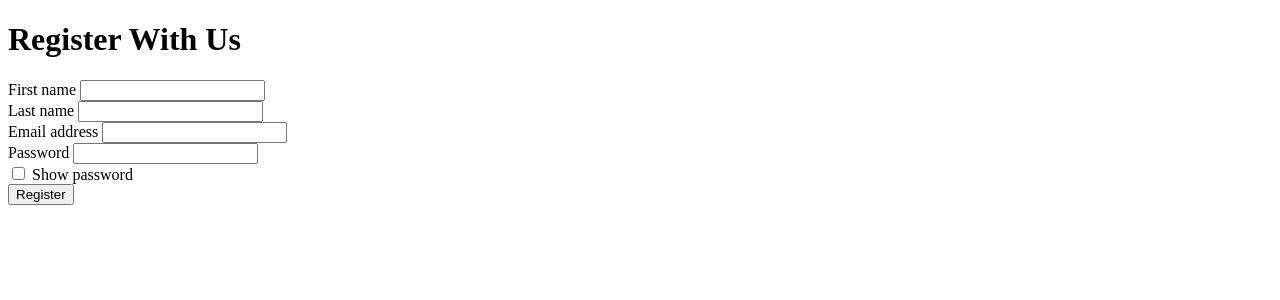
Repository: NiutaR/registrationForm
Page: index.html
An editor plug-in stored every save of this project. The page is shown before and after the next save, followed by the edit.
The browser window is 1280 px wide. The pictures show the whole page.

Above is the page before, as saved 2021-07-28 23:07:12.

### index.html
<!DOCTYPE html>
<html lang="en">

<head>
    <meta charset="UTF-8">
    <meta http-equiv="X-UA-Compatible" content="IE=edge">
    <meta name="viewport" content="width=device-width, initial-scale=1.0">
    <link rel="stylesheet" href="index.js">
    <title>Register With Us</title>
</head>

<body>
    <div class="container">
        <div class="form-wrapper">
            <h1>Register With Us</h1>
            <form class="form form__validate">
                <div class="form__group">
                    <label for="firstName" class="form__label">
                        <span class="field-label">First name</span>
                    </label>
                    <input type="text" name="firstName" id="firstName" class="form__control" minlength="2" required />
                </div>
                <div class="form__group">
                    <label for="lastName" class="form__label">
                        <span class="field-label">Last name</span>
                    </label>
                    <input type="text" name="lastName" id="lastName" class="form__control" minlength="2" required />
                </div>
                <div class="form__group">
                    <label for="emailAddress" class="form__label">
                        <span class="field-label">Email address</span>
                    </label>
                    <input type="email" name="emailAddress" id="emailAddress" class="form__control" required />
                </div>
                <div class="form__group">
                    <label for="password" class="form__label">
                        <span class="field-label">Password</span>
                        <span class="field-hint">

                        </span>
                    </label>
                    <input type="password" name="password" id="password" class="form__control" minlength="8"
                        pattern="^(?=.*\d)(?=.*[a-z])(?=.*[A-Z])(?!.*\s).*$"
                        title="Please include at least 1 number, 1 lowercase letter and 1 upper case letter. Password length must be greater or equal to 8"
                        required />
                    <section class="password-reveal">
                        <input type="checkbox" name="revealPassword" id="revealPassword"
                            class="password-reveal__field" />
                        <label for="revealPassword">
                            <span class="field-label" id="revealPasswordLabel">
                                Show password
                            </span>
                        </label>
                    </section>
                </div>
                <div class="form__group form__group--submit">
                    <input type="submit" value="Register" class="form__control form__control--submit" />
                </div>
            </form>
        </div>
    </div>
    <script src="index.js"></script>
</body>

</html>

### index.js
const form = document.querySelector('.form__validate');

const passwordField = document.getElementById('password');
const toggleRevealPassword = document.getElementById('revealPassword');
const revealPasswordLabel = document.getElementById('revealPasswordLabel');

form.setAttribute('novalidate', true); // Disable native form validation

const hasError = (field) => {
    let errorMessage = 'The value you entered for this field is invalid';
    // Don't validate submit and checkbox inputs

    if (field.type === 'submit' || field.type === 'checkbox') return;

    // Get the validity
    const validity = field.validity;

    // If valid, return null
    if (validity.valid) {
        errorMessage = null;
    }

    // Field is empty but required
    if (validity.valueMissing) {
        errorMessage = 'Please fill out this field';
    }

    // Entered field value is of incorrect type. E.g email / url
    if (validity.typeMismatch) {
        if (field.type === 'email') {
            errorMessage = 'Please enter an email address';
        }
    }

    // Entered field value is shorter than the specified length
    if (validity.tooShort) {
        errorMessage = `Please lengthen this text to ${field.getAttribute('minlength')} or more characters.`;
    }

    // Entered value does not match pattern
    if (validity.patternMismatch) {
        if (field.hasAttribute('title')) {
            errorMessage = field.getAttribute('title');
        } else {
            errorMessage = 'Please match the requested format';
        }
    }

    return errorMessage;
};

const displayError = (field, error) => {
    // Add invalid class from the field
    field.classList.add('invalid');

    // Get the field id or name
    const id = field.id || field.name;
    if (!id) return;

    // Get the error message field
    let errorField = field.form.querySelector(`.field-error#error-for-${id}`);
    if (!errorField) {
        errorField = document.createElement('div');
        errorField.className = 'field-error';
        errorField.id = `error-for-${id}`;
        field.parentNode.insertBefore(errorField, field.previousSibling);
    }

    // Associate the error message with the field
    field.setAttribute('aria-describedby', `error-for-${id}`);

    // Update error message
    errorField.innerHTML = `
    <i class="fa fa-exclamation-triangle" aria-hidden="true"></i>
    <span class="field-error__name">${error}</span>
  `;

    // Show the error message
    errorField.style.display = 'block';
    errorField.style.visibility = 'visible';
};

const removeError = (field) => {
    // Remove invalid class from the field
    field.classList.remove('invalid');

    // Remove ARIA role form the field
    field.removeAttribute('aria-describedby');

    // Get field id or name
    const id = field.id || field.name;
    if (!id) return;

    // Check if the error message field is in the DOM
    const errorField = field.form.querySelector(`.field-error#error-for-${id}`);
    if (!errorField) return;

    // If the error message exists, hide it
    errorField.innerHTML = '';
    errorField.style.display = 'none';
    errorField.style.visibility = 'hidden';
};

document.addEventListener('blur', (event) => {

    // If the form is not to be validated don't run
    if (!event.target.form.classList.contains('form__validate')) return;

    // Validate the field
    const error = hasError(event.target);
    console.log(error);

    if (error) {
        displayError(event.target, error);
    } else {
        removeError(event.target);
    }

}, true);

toggleRevealPassword.addEventListener('change', (event) => {
    if (event.target.checked) {
        passwordField.type = 'text';
    } else {
        passwordField.type = 'password';
    }
});

// Check all fields on submit
document.addEventListener('submit', (event) => {
    // If the forms has not been flagged for validation, don't run
    if (!event.target.classList.contains('form__validate')) return;

    const fields = event.target.elements;

    // Validate each field
    let error;
    let hasErrors;
    for (let i = 0; i < fields.length; i += 1) {
        error = hasError(fields[i]);
        if (error) {
            displayError(fields[i], error);
            if (!hasErrors) {
                hasErrors = fields[i];
            }
        }
    }

    // If there are errors, don't submit form and focus on first element with error
    if (hasErrors) {
        event.preventDefault();
        hasErrors.focus();
    }

}, false);

After the next save:
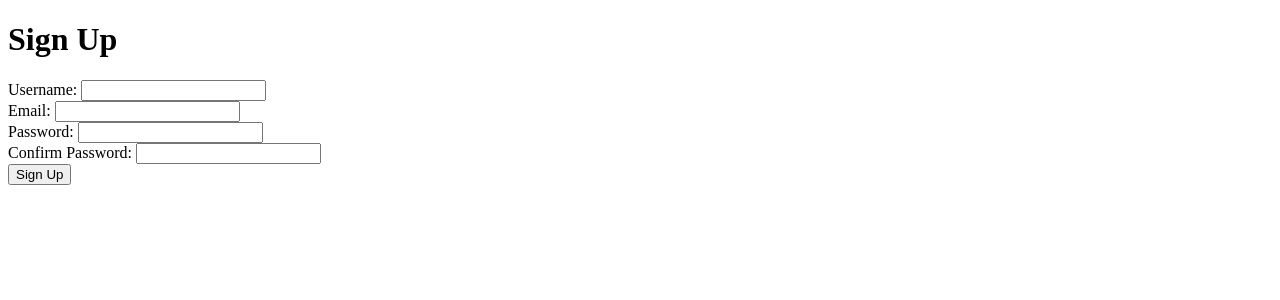
Console error: TypeError: Cannot read properties of null (reading 'setAttribute')
Saved 113 s later.
--- a/index.html
+++ b/index.html
@@ -11,53 +11,38 @@
 
 <body>
     <div class="container">
-        <div class="form-wrapper">
-            <h1>Register With Us</h1>
-            <form class="form form__validate">
-                <div class="form__group">
-                    <label for="firstName" class="form__label">
-                        <span class="field-label">First name</span>
-                    </label>
-                    <input type="text" name="firstName" id="firstName" class="form__control" minlength="2" required />
-                </div>
-                <div class="form__group">
-                    <label for="lastName" class="form__label">
-                        <span class="field-label">Last name</span>
-                    </label>
-                    <input type="text" name="lastName" id="lastName" class="form__control" minlength="2" required />
-                </div>
-                <div class="form__group">
-                    <label for="emailAddress" class="form__label">
-                        <span class="field-label">Email address</span>
-                    </label>
-                    <input type="email" name="emailAddress" id="emailAddress" class="form__control" required />
-                </div>
-                <div class="form__group">
-                    <label for="password" class="form__label">
-                        <span class="field-label">Password</span>
-                        <span class="field-hint">
+        <form id="signup" class="form">
+            <h1>Sign Up</h1>
+            <div class="form-field">
+                <label for="username">Username:</label>
+                <input type="text" name="username" id="username" autocomplete="off">
+                <small></small>
+            </div>
 
-                        </span>
-                    </label>
-                    <input type="password" name="password" id="password" class="form__control" minlength="8"
-                        pattern="^(?=.*\d)(?=.*[a-z])(?=.*[A-Z])(?!.*\s).*$"
-                        title="Please include at least 1 number, 1 lowercase letter and 1 upper case letter. Password length must be greater or equal to 8"
-                        required />
-                    <section class="password-reveal">
-                        <input type="checkbox" name="revealPassword" id="revealPassword"
-                            class="password-reveal__field" />
-                        <label for="revealPassword">
-                            <span class="field-label" id="revealPasswordLabel">
-                                Show password
-                            </span>
-                        </label>
-                    </section>
-                </div>
-                <div class="form__group form__group--submit">
-                    <input type="submit" value="Register" class="form__control form__control--submit" />
-                </div>
-            </form>
-        </div>
+            <div class="form-field">
+                <label for="email">Email:</label>
+                <input type="text" name="email" id="email" autocomplete="off">
+                <small></small>
+            </div>
+
+            <div class="form-field">
+                <label for="password">Password:</label>
+                <input type="password" name="password" id="password" autocomplete="off">
+                <small></small>
+            </div>
+
+
+            <div class="form-field">
+                <label for="confirm-password">Confirm Password:</label>
+                <input type="password" name="confirm-password" id="confirm-password" autocomplete="off">
+                <small></small>
+            </div>
+
+            <div class="form-field">
+                <input type="submit" value="Sign Up">
+            </div>
+        </form>
+    </div>
     </div>
     <script src="index.js"></script>
 </body>
